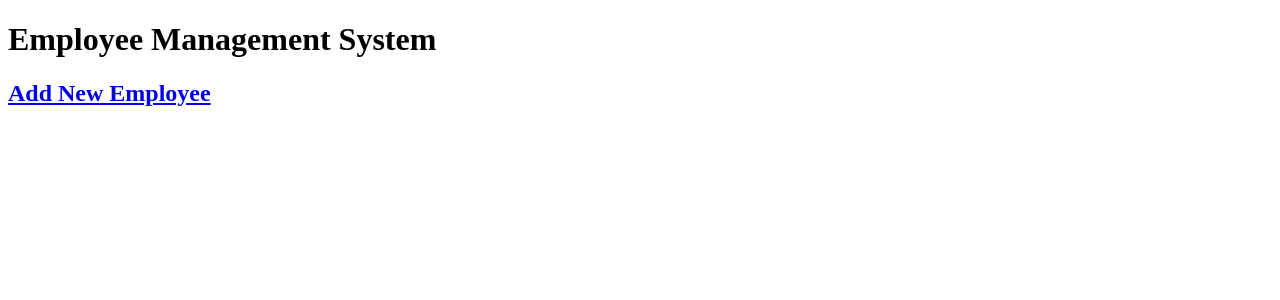
Repository: Swapna-JavaTech/Hibernate-Codes-
Page: http://localhost/EmployeeManagementSystem/employee-list.jsp
These files come from the project's save history. The page is drawn as it stood at one moment and after the next save; the edit follows.
The browser window is 1280 px wide. The pictures show the whole page.
The page is served by Tomcat 9. Other server files are loaded and not shown.

Above is the page before, as saved 2022-01-31 05:47:32.

### EmployeeManagementSystem/src/main/webapp/employee-list.jsp
<%@page import="com.mouritech.employeemanagement.entity.Employee"%>
<%@ page language="java" contentType="text/html; charset=ISO-8859-1"
    pageEncoding="ISO-8859-1" import="java.util.*"%>
<%@ taglib uri = "http://java.sun.com/jsp/jstl/core" prefix="c" %>
<!DOCTYPE html>
<html>
<head>
<meta charset="ISO-8859-1">
<title>Employee Management System</title>
</head>
<body>
	<h1>Employee Management System</h1>
	<h2>
		<a href="new">Add New Employee</a>
		&nbsp;&nbsp;&nbsp;&nbsp;&nbsp;

	</h2>

</body>
</html>

After the next save:
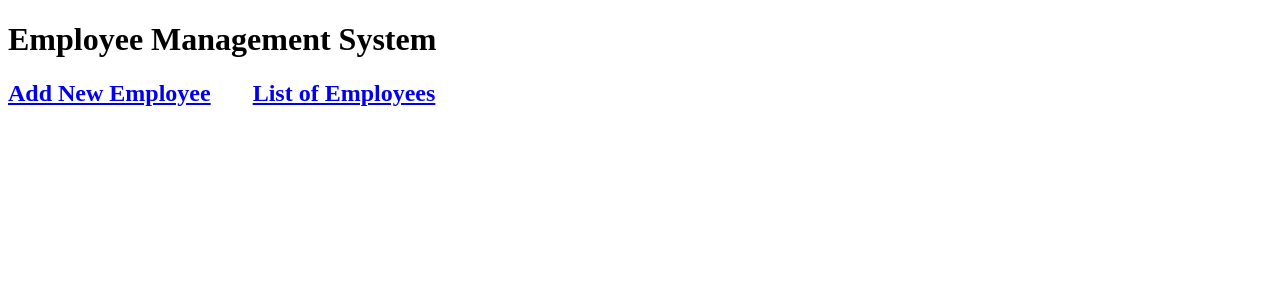
Saved 25 s later.
--- a/EmployeeManagementSystem/src/main/webapp/employee-list.jsp
+++ b/EmployeeManagementSystem/src/main/webapp/employee-list.jsp
@@ -13,7 +13,7 @@
 	<h2>
 		<a href="new">Add New Employee</a>
 		&nbsp;&nbsp;&nbsp;&nbsp;&nbsp;
-
+		<a href="list">List of Employees</a>
 	</h2>
 
 </body>
